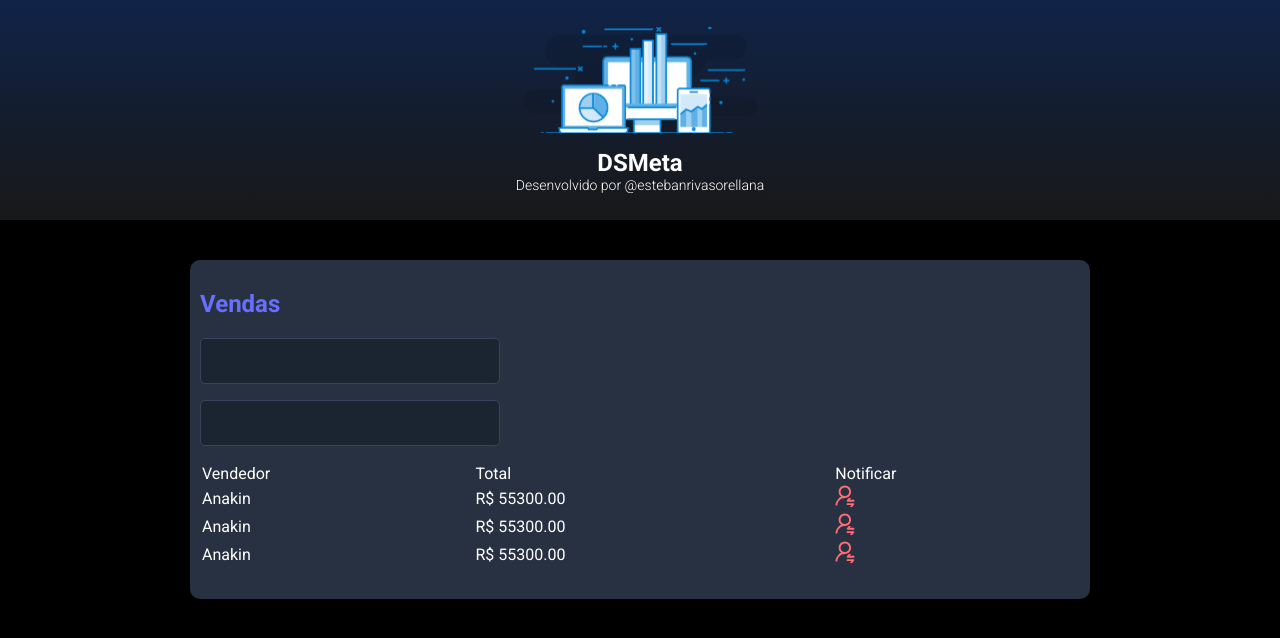
Repository: estebanrivas/dsmeta-css
Page: index.html
An editor plug-in stored every save of this project. The page is shown before and after a run of saves, followed by the edit.
The browser window is 1280 px wide. The pictures show the whole page.

Above is the page before, as saved 2022-09-08 21:58:21.

### index.html
<!DOCTYPE html>
<html lang="en">

<head>
    <meta charset="UTF-8">
    <meta http-equiv="X-UA-Compatible" content="IE=edge">
    <meta name="viewport" content="width=device-width, initial-scale=1.0">
    <title>DSMeta</title>

    <link rel="stylesheet" href="css/styles.css">
</head>

<body>
    <header>
        <div class="dsmeta-logo-container">
            <img src="images/logo.svg" alt="DSMeta">
            <h1>DSMeta</h1>
            <p>Desenvolvido por
                <a href="https://www.instagram.com/estebanrivasorellana/">@estebanrivasorellana</a>
            </p>
        </div>
    </header>

    <main>
        <section id="sales">
            <div class="dsmeta-container">
                <div class="dsmeta-card">
                    <h2 class="dsmeta-sales-title">Vendas</h2>

                    <div>
                        <div class="dsmeta-form-control-container">
                            <input class="dsmeta-form-control" type="text">
                        </div>
                        <div class="dsmeta-form-control-container">
                            <input class="dsmeta-form-control" type="text">
                        </div>
                    </div>

                    <div>
                        <table class="dsmeta-sales-table">
                            <thead>
                                <tr>
                                    <td>Vendedor</td>
                                    <td>Total</td>
                                    <td>Notificar</td>
                                </tr>
                            </thead>
                            <tbody>
                                <tr>
                                    <td>Anakin</td>
                                    <td>R$ 55300.00</td>
                                    <td><img src="images/notification-icon.svg" alt="Notificar"></td>
                                </tr>
                                <tr>
                                    <td>Anakin</td>
                                    <td>R$ 55300.00</td>
                                    <td><img src="images/notification-icon.svg" alt="Notificar"></td>
                                </tr>
                                <tr>
                                    <td>Anakin</td>
                                    <td>R$ 55300.00</td>
                                    <td><img src="images/notification-icon.svg" alt="Notificar"></td>
                                </tr>
                            </tbody>
                        </table>
                    </div>
                </div>
            </div>
        </section>
    </main>


</body>

</html>

### css/styles.css
@import url("https://fonts.googleapis.com/css2?family=Roboto:wght@300;400;700&display=swap");

* {
  font-family: "Roboto", sans-serif;
  box-sizing: border-box;
  margin: 0;
  padding: 0;
}

body,
html {
  background-color: #000;
  color: #fff;
}

a,
a:hover,
a:visited {
  color: unset;
  text-decoration: none;
}

header {
  height: 220px;
  background: linear-gradient(180deg, #102347 0%, #181818 100%);
  display: flex;
  align-items: center;
  justify-content: center;
}

.dsmeta-logo-container {
  display: flex;
  flex-direction: column;
  align-items: center;
}

.dsmeta-logo-container img {
  width: 235px;
}

.dsmeta-logo-container h1 {
  padding-top: 15px;
  font-size: 24px;
}

.dsmeta-logo-container p {
  font-size: 14px;
  font-weight: 300;
}

#sales {
  padding: 40px 10px;

}

.dsmeta-container {
  width: 100%;
  max-width: 900px;
  margin: 0 auto;
}

.dsmeta-card {
  background-color: #283142;
  border-radius: 10px;
  padding: 30px 10px;
}

.dsmeta-form-control-container{
    margin-bottom: 16px;
    max-width: 300px;
}

.dsmeta-form-control{
    width: 100%;
    height: 46px;
    background-color: #1B2531;
    border: 1px solid #384459;
    border-radius: 5px;
    color:#9AAABE;
    padding: 0 20px;
    font-size: 18px;
    font-weight: 400;

}

.dsmeta-sales-title{
    color: #676FFF;
    font-size: 24px;
    margin-bottom: 20px;
}

.dsmeta-sales-table{
    width: 100%;
    border
}

After the next 3 saves:
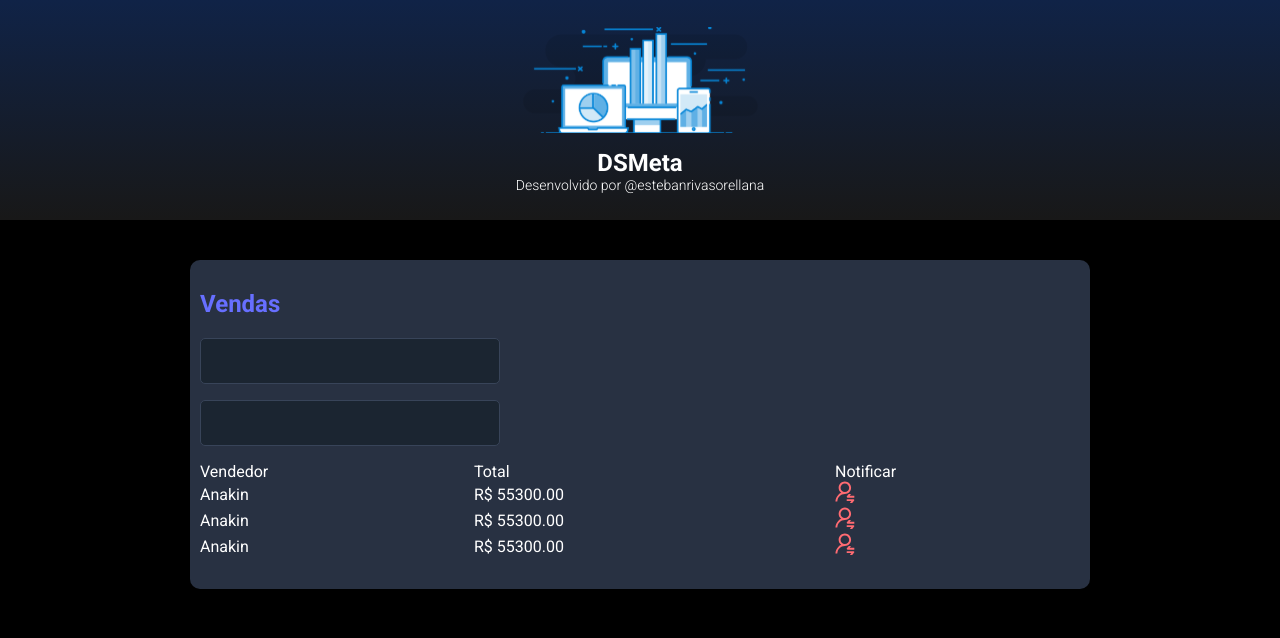
The 3 saves are shown as one change because they came seconds apart.
The last was saved 7 s later.
--- a/css/styles.css
+++ b/css/styles.css
@@ -91,5 +91,5 @@ header {
 
 .dsmeta-sales-table{
     width: 100%;
-    border
+    border-spacing: 0;
 }
